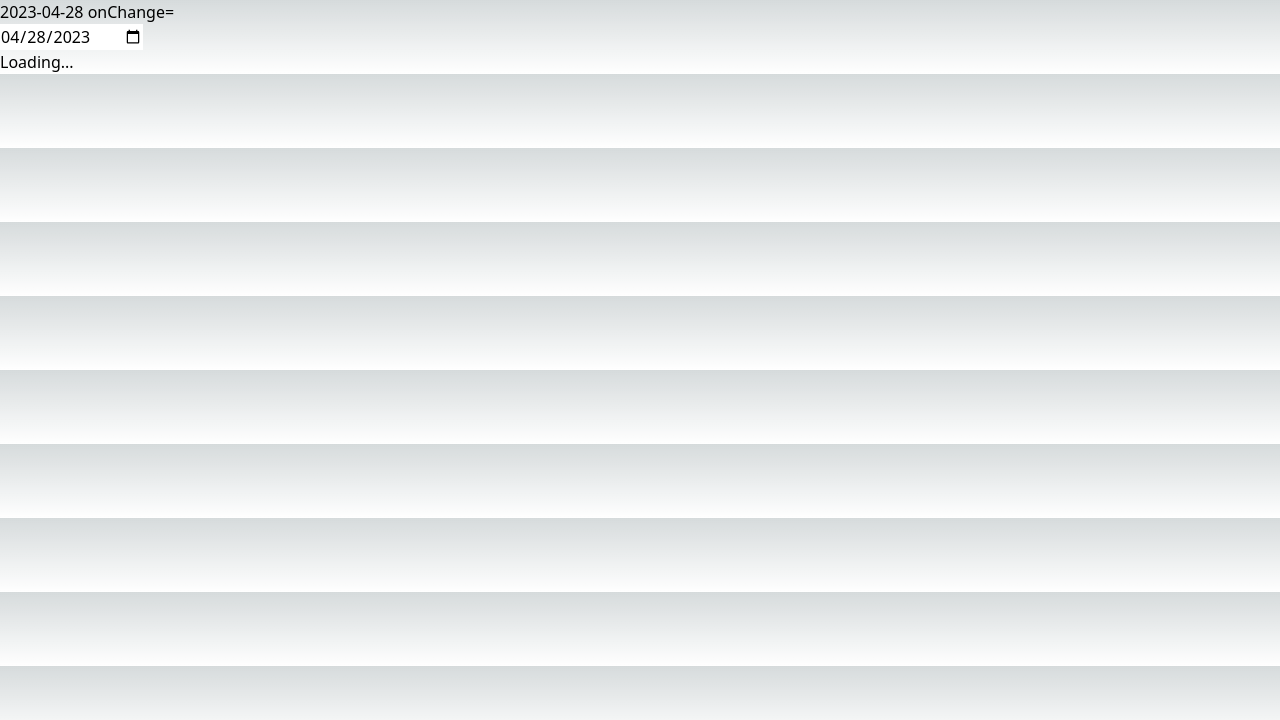
Repository: sercanisli/NasaApod
Page: /
An editor plug-in stored every save of this project. The page is shown before and after the next save, followed by the edit.
The browser window is 1280 px wide. The pictures show the whole page.
The page's requests for data from a server got no answer. The project was rebuilt for these pictures with package versions that can differ from the ones it lists, and the page was loaded fresh each time. The framework's server and built-in components were replaced by stand-ins that run in the browser. No one was signed in, and anything a server would have sent is missing. Also part of the build but not shown: next.config.js.

Above is the page before, as saved 2023-05-12 01:41:34.

After the next save:
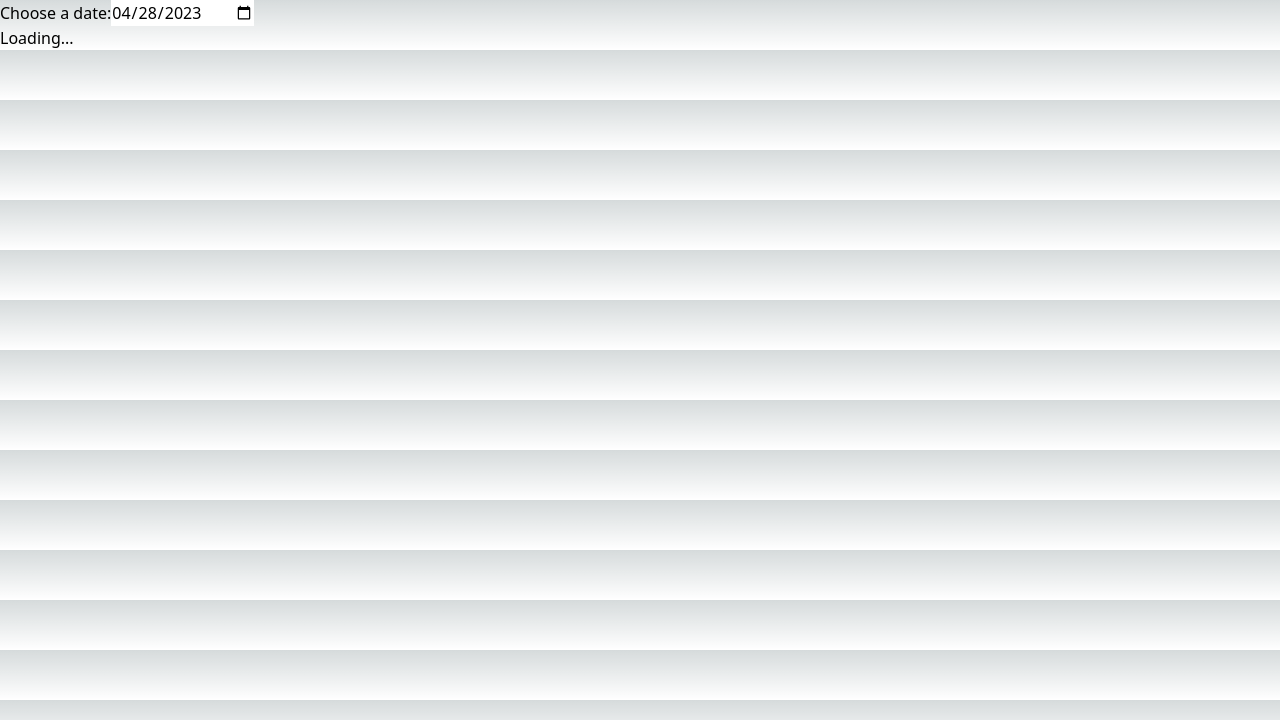
Saved 62 s later.
--- a/components/DateSelector.js
+++ b/components/DateSelector.js
@@ -13,7 +13,8 @@ const DateSelector = ({ onDateSelected }) => {
 
   return (
     <div>
-      {selectedDate.toISOString().substr(0, 10)} onChange={handleDateChange}
+      <label htmlFor="date-input">Choose a date:</label>
+      <input type="date" id="date-input" value={selectedDate.toISOString().substr(0, 10)} onChange={handleDateChange} />
     </div>
   );
 };
--- a/components/Apod.js
+++ b/components/Apod.js
@@ -34,7 +34,6 @@ function NasaApod() {
 
   return (
     <div>
-      <input type="date" value={selectedDate.toISOString().substr(0, 10)} onChange={handleDateChange} />
       {apodData ? (
         <div>
           <h1>{apodData.title}</h1>
